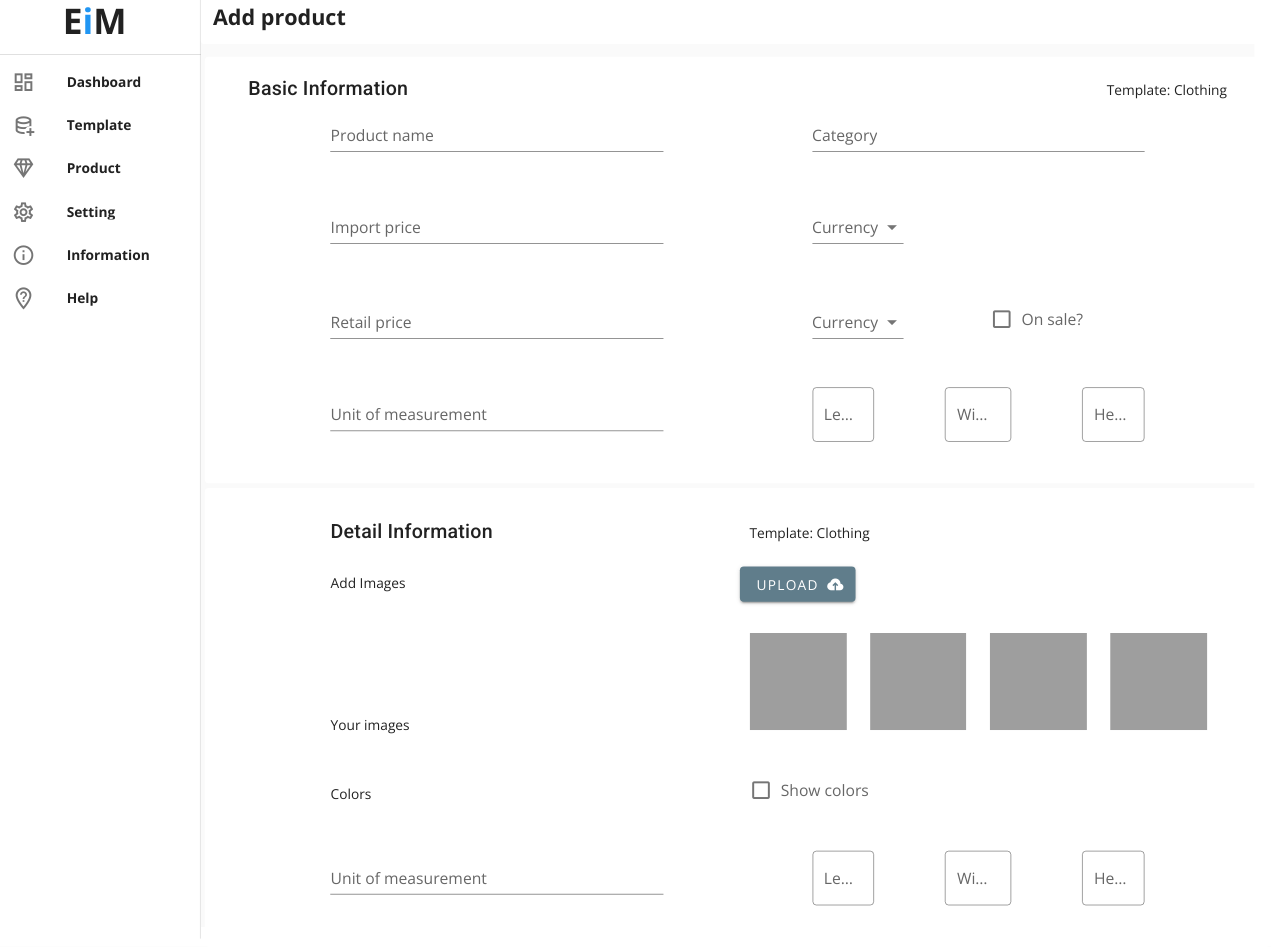
Repository: nguyenphuong152/pim-template
Page: /addproduct
These files come from the project's save history. The page is drawn as it stood at one moment and after the next save; the edit follows.
The browser window is 1280 px wide. The page is 1308 px wide, so the pictures cover 1308 px, including what lies to the right of the window. The pictures show the whole page, at 98% of full size.
Pictures or frames that could not be fetched are drawn as grey boxes. The project was rebuilt for these pictures with package versions that can differ from the ones it lists, and the page was loaded fresh each time. Also part of the build but not shown: vue.config.js, src/views/Home.vue, src/components/Outcome_1/SearchTemplate.vue, src/components/Outcome_1/YourTemplate.vue, src/components/Outcome_1/ListComponent.vue, src/components/Outcome_1/AddInfo.vue, src/components/Outcome_1/AddDetail.vue, src/components/Outcome_1/CreateRegion.vue and 5 more.

Above is the page before, as saved 2020-12-21 12:54:16.

### public/index.html
<!DOCTYPE html>
<html lang="en">
  <head>
    <meta charset="utf-8" />
    <meta http-equiv="X-UA-Compatible" content="IE=edge" />
    <meta name="viewport" content="width=device-width,initial-scale=1.0" />
    <link rel="icon" href="<%= BASE_URL %>favicon.ico" />
    <link rel="preconnect" href="https://fonts.gstatic.com" />
    <link rel="preconnect" href="https://fonts.gstatic.com" />
    <link rel="preconnect" href="https://fonts.gstatic.com" />
    <link
      href="https://fonts.googleapis.com/css2?family=Open+Sans:wght@300;400;600;700;800&display=swap"
      rel="stylesheet"
    />
    <link
      href="https://fonts.googleapis.com/css?family=Montserrat:300,400,500,600,700"
      rel="stylesheet"
    />
    <title><%= htmlWebpackPlugin.options.title %></title>
    <link
      rel="stylesheet"
      href="https://fonts.googleapis.com/css?family=Roboto:100,300,400,500,700,900"
    />
    <link
      rel="stylesheet"
      href="https://cdn.jsdelivr.net/npm/@mdi/font@latest/css/materialdesignicons.min.css"
    />
  </head>
  <body>
    <noscript>
      <strong
        >We're sorry but <%= htmlWebpackPlugin.options.title %> doesn't work
        properly without JavaScript enabled. Please enable it to
        continue.</strong
      >
    </noscript>
    <div id="app"></div>
    <!-- built files will be auto injected -->
  </body>
</html>

### src/main.js
import Vue from 'vue'
import App from './App.vue'
import router from './router'
import '../sass/style.scss'
import vuetify from './plugins/vuetify';

Vue.config.productionTip = false

new Vue({
  router,
  vuetify,
  render: h => h(App)
}).$mount('#app')

### src/App.vue
<template>
  <v-app v-bind:style="{ background: activeColor }">
    <v-row>
      <v-col cols="2" class="pa-0">
        <v-navigation-drawer permanent width="220">
          <v-list-item>
            <v-list-item-content>
              <v-list-item-title class="logo">
                E<span class="blue--text">i</span>M
              </v-list-item-title>
            </v-list-item-content>
          </v-list-item>

          <v-divider></v-divider>

          <v-list dense nav class="text-start pl-4">
            <v-list-item
              v-for="item in items"
              :key="item.title"
              :to="item.path"
              color="blue"
            >
              <v-list-item-icon>
                <v-icon>{{ item.icon }}</v-icon>
              </v-list-item-icon>
              <v-list-item-content>
                <v-list-item-title class="template-title font-weight-bold ">{{
                  item.title
                }}</v-list-item-title>
              </v-list-item-content>
            </v-list-item>
          </v-list>
        </v-navigation-drawer>
      </v-col>
      <v-col class="pa-0">
        <router-view />
      </v-col>
    </v-row>
  </v-app>
</template>

<script>
export default {
  name: "App",
  components: {},
  watch: {
    $route(to) {
      document.title = `${to.meta.title}`;
    },
  },
  data() {
    return {
      clicked: false,
      activeColor: "#FAFAFA",
      items: [
        { title: "Dashboard", icon: "mdi-view-dashboard-outline", path: "" },
        {
          title: "Template",
          icon: "mdi-database-plus-outline",
          path: "/template",
        },
        { title: "Product", icon: "mdi-diamond-stone", path: "/product" },
        { title: "Setting", icon: "mdi-cog-outline", path: "" },
        { title: "Information", icon: "mdi-information-outline", path: "" },
        { title: "Help", icon: "mdi-map-marker-question-outline", path: "" },
      ],
      right: null,
    };
  },
};
</script>

### src/router/index.js
import Vue from "vue";
import VueRouter from "vue-router";
import Home from "../views/Home.vue";
import Template from "../views/Outcome_1/CreateProductTemplate.vue";
import Product from "../views/Outcome_2/Outcome_2_screen.vue";
import AddProduct from "../views/Outcome_2/AddProduct.vue";

Vue.use(VueRouter);

const routes = [
  {
    path: "/",
    name: "Home",
    component: Home,
  },
  {
    path: "/template",
    name: "Template",
    component: Template,
    meta: {
      title: "Add Template",
    },
  },
  {
    path: "/product",
    name: "Product",
    component: Product,
    meta: {
      title: "Product",
    },
  },
  {
    path: "/addproduct",
    name: "AddProduct",
    component: AddProduct,
    meta: {
      title: "Add Product",
    },
  },
  {
    path: "/about",
    name: "About",
    // route level code-splitting
    // this generates a separate chunk (about.[hash].js) for this route
    // which is lazy-loaded when the route is visited.
    component: () =>
      import(/* webpackChunkName: "about" */ "../views/About.vue"),
  },
];

const router = new VueRouter({
  mode: "history",
  base: process.env.BASE_URL,
  routes,
});

export default router;

### sass/style.scss
$font-primary: 'Open Sans',
sans-serif;

@import "~vuetify/src/styles/styles.sass";

$fontsize-content: 14px;
$fontsize-title: 24px;
$fontsize-logo:36px;
$fontsize-header:22px;
$fontsize-nav:20px;


#app {
  font-family: $font-primary;
   font-size:$fontsize-content;
  -webkit-font-smoothing: antialiased;
  -moz-osx-font-smoothing: grayscale;
  text-align: center;
  color: #2c3e50;
}

#nav {
  padding: 30px;
}

#nav a {
  font-weight: bold;
  color: #2c3e50;
}

#nav a.router-link-exact-active {
  color: #42b983;
}

.title {
  font: $font-primary !important;
  font-size: $fontsize-nav !important;
}

.logo {
  @extend .title;
  font-weight: 700 !important;
  font-size: $fontsize-logo !important;
}

.text-header {
  font: $font-primary !important;
  font-size: $fontsize-header !important;
  font-weight: 700;
}


.template-title {
  @extend .title;
  font-size: $fontsize-content !important;
}

### src/views/Outcome_2/AddProduct.vue
<template>
  <v-container class="pa-0">
    <v-card class="" flat>
      <v-container class="text-start">
        <v-row class="align-baseline">
          <v-col cols="10">
            <span class="text-header">Add product</span>
          </v-col>
        </v-row>
      </v-container>
    </v-card>
    <br />
    <BasicInfo />
    <br />
    <DetailInfo />
  </v-container>
</template>

<script>
import BasicInfo from "../../components/Outcome_2/BasicInfo";
import DetailInfo from "../../components/Outcome_2/Detail";

export default {
  components: {
    BasicInfo,
    DetailInfo,
  },
};
</script>

### src/components/Outcome_2/BasicInfo.vue
<template>
  <v-container class="text-start ma-1 pa-0">
    <v-card flat>
      <v-row class="d-flex align-baseline px-14 pt-4">
        <span class="title ">Basic Information</span>
        <v-spacer></v-spacer>
        <span>Template: Clothing</span>
      </v-row>
      <v-container class="px-16 py-0">
        <v-row class="d-flex align-baseline pa-0">
          <v-col>
            <v-container class="py-0 px-16">
              <v-text-field
                color="blue darken-2"
                label="Product name"
                hint="Miniskirt-02"
                required
              ></v-text-field>
            </v-container>
          </v-col>
          <v-col>
            <v-container class="py-0 px-16">
              <v-text-field
                color="blue darken-2"
                label="Category"
                hint="Ex: Miniskirt"
                required
              ></v-text-field>
            </v-container>
          </v-col>
        </v-row>
        <v-row class="d-flex align-baseline">
          <v-col cols="6">
            <v-container class="py-0 px-16">
              <v-text-field
                color="blue darken-2"
                label="Import price"
                hint="180,000"
                required
              ></v-text-field>
            </v-container>
          </v-col>
          <v-col cols="3">
            <v-container class="py-0 px-16">
              <v-select :items="items" label="Currency"></v-select>
            </v-container>
          </v-col>
          <v-col> </v-col>
        </v-row>
        <v-row class="d-flex align-baseline">
          <v-col cols="6">
            <v-container class="py-0 px-16">
              <v-text-field
                color="blue darken-2"
                label="Retail price"
                hint="180,000"
                required
              ></v-text-field>
            </v-container>
          </v-col>
          <v-col cols="3">
            <v-container class="py-0 px-16">
              <v-select :items="items" label="Currency"></v-select>
            </v-container>
          </v-col>
          <v-col
            ><v-checkbox label="On sale?" color="red" hide-details></v-checkbox>
          </v-col>
        </v-row>
        <v-row class="d-flex align-baseline">
          <v-col cols="6">
            <v-container class="py-0 px-16">
              <v-text-field
                color="blue darken-2"
                label="Unit of measurement"
                hint="Ex: piece, pair,..."
                required
              ></v-text-field>
            </v-container>
          </v-col>
          <v-col>
            <v-row>
              <v-col>
                <v-container class="py-0 pl-16">
                  <v-text-field
                    label="Length"
                    placeholder="70cm"
                    outlined
                  ></v-text-field>
                </v-container>
              </v-col>
              <v-col>
                <v-container class="py-0 pr-9 pl-9">
                  <v-text-field
                    label="Width"
                    placeholder="50cm"
                    outlined
                  ></v-text-field>
                </v-container>
              </v-col>
              <v-col>
                <v-container class="py-0 pr-16">
                  <v-text-field
                    label="Height"
                    placeholder="10cm"
                    outlined
                  ></v-text-field>
                </v-container>
              </v-col>
            </v-row>
          </v-col>
        </v-row>
      </v-container>
    </v-card>
  </v-container>
</template>

<script>
export default {
  data: () => ({
    items: ["VND", "USD", "EUR"],
  }),
};
</script>

<style></style>

### src/components/Outcome_2/Detail.vue
<template>
  <v-container class="text-start ma-1 pa-0">
    <v-card flat>
      <v-row class="d-flex align-baseline px-16 pt-4">
        <v-col>
          <v-container class="px-16 py-0">
            <span class="title ">Detail Information</span>
          </v-container>
        </v-col>
        <v-col>
          <span>Template: Clothing</span>
        </v-col>
      </v-row>
      <v-container class="px-16 py-0">
        <v-row class="d-flex align-baseline pa-0">
          <v-col>
            <v-container class="py-0 px-16">
              <span>Add Images</span>
            </v-container>
          </v-col>
          <v-col cols="7">
            <v-container class="py-0 px-16  ">
              <v-btn color="blue-grey" class="ma-2 white--text">
                Upload
                <v-icon right dark>
                  mdi-cloud-upload
                </v-icon>
              </v-btn>
            </v-container>
          </v-col>
        </v-row>
        <v-row class="d-flex align-baseline">
          <v-col cols="6">
            <v-container class="py-0 px-16">
              Your images
            </v-container>
          </v-col>
          <v-col>
            <v-row>
              <v-col v-for="n in 4" :key="n" class="d-flex child-flex">
                <v-img
                  :src="`https://picsum.photos/500/300?image=${n * 3 + 10}`"
                  :lazy-src="`https://picsum.photos/10/6?image=${n * 3 + 10}`"
                  aspect-ratio="1"
                  class="grey lighten-2"
                  width="70"
                >
                  <template v-slot:placeholder>
                    <v-row
                      class="fill-height ma-0"
                      align="center"
                      justify="center"
                    >
                      <v-progress-circular
                        indeterminate
                        color="grey lighten-5"
                      ></v-progress-circular>
                    </v-row>
                  </template>
                </v-img>
              </v-col>
            </v-row>
          </v-col>
        </v-row>
        <v-row class="d-flex align-baseline">
          <v-col cols="6">
            <v-container class="py-0 px-16">
              <span>Colors</span>
            </v-container>
          </v-col>
          <v-col cols="4" v-if="checkbox">
            <v-container class="py-0">
              <v-row align="center" justify="start">
                <v-col
                  v-for="(selection, i) in selections"
                  :key="selection.text"
                  class="shrink"
                >
                  <v-chip
                    :disabled="loading"
                    close
                    @click:close="selected.splice(i, 1)"
                  >
                    <v-icon left v-text="selection.icon"></v-icon>
                    {{ selection.text }}
                  </v-chip>
                </v-col>

                <v-col v-if="!allSelected" cols="12">
                  <v-text-field
                    ref="search"
                    v-model="search"
                    full-width
                    hide-details
                    label="Search"
                    single-line
                  ></v-text-field>
                </v-col>
              </v-row>
            </v-container>
            <v-list>
              <template v-for="item in categories">
                <v-list-item
                  v-if="!selected.includes(item)"
                  :key="item.text"
                  :disabled="loading"
                  @click="selected.push(item)"
                >
                  <v-list-item-title v-text="item.text"></v-list-item-title>
                </v-list-item>
              </template>
            </v-list>
          </v-col>
          <v-col>
            <v-checkbox v-model="checkbox" label="Show colors"></v-checkbox>
          </v-col>
        </v-row>
        <v-row class="d-flex align-baseline">
          <v-col cols="6">
            <v-container class="py-0 px-16">
              <v-text-field
                color="blue darken-2"
                label="Unit of measurement"
                hint="Ex: piece, pair,..."
                required
              ></v-text-field>
            </v-container>
          </v-col>
          <v-col>
            <v-row>
              <v-col>
                <v-container class="py-0 pl-16">
                  <v-text-field
                    label="Length"
                    placeholder="70cm"
                    outlined
                  ></v-text-field>
                </v-container>
              </v-col>
              <v-col>
                <v-container class="py-0 pr-9 pl-9">
                  <v-text-field
                    label="Width"
                    placeholder="50cm"
                    outlined
                  ></v-text-field>
                </v-container>
              </v-col>
              <v-col>
                <v-container class="py-0 pr-16">
                  <v-text-field
                    label="Height"
                    placeholder="10cm"
                    outlined
                  ></v-text-field>
                </v-container>
              </v-col>
            </v-row>
          </v-col>
        </v-row>
      </v-container>
    </v-card>
  </v-container>
</template>

<script>
export default {
  data: () => ({
    checkbox: false,
    items: [
      {
        text: "Red",
      },
      {
        text: "Green",
      },
      {
        text: "Blue",
      },
      {
        text: "Yellow",
      },
    ],
    loading: false,
    search: "",
    selected: [],
  }),
  computed: {
    allSelected() {
      return this.selected.length === this.items.length;
    },
    categories() {
      const search = this.search.toLowerCase();

      if (!search) return this.items;

      return this.items.filter((item) => {
        const text = item.text.toLowerCase();

        return text.indexOf(search) > -1;
      });
    },
    selections() {
      const selections = [];

      for (const selection of this.selected) {
        selections.push(selection);
      }

      return selections;
    },
  },
  watch: {
    selected() {
      this.search = "";
    },
  },
};
</script>

<style></style>

Loaded but not shown: src/plugins/vuetify.js (common file)

After the next save:
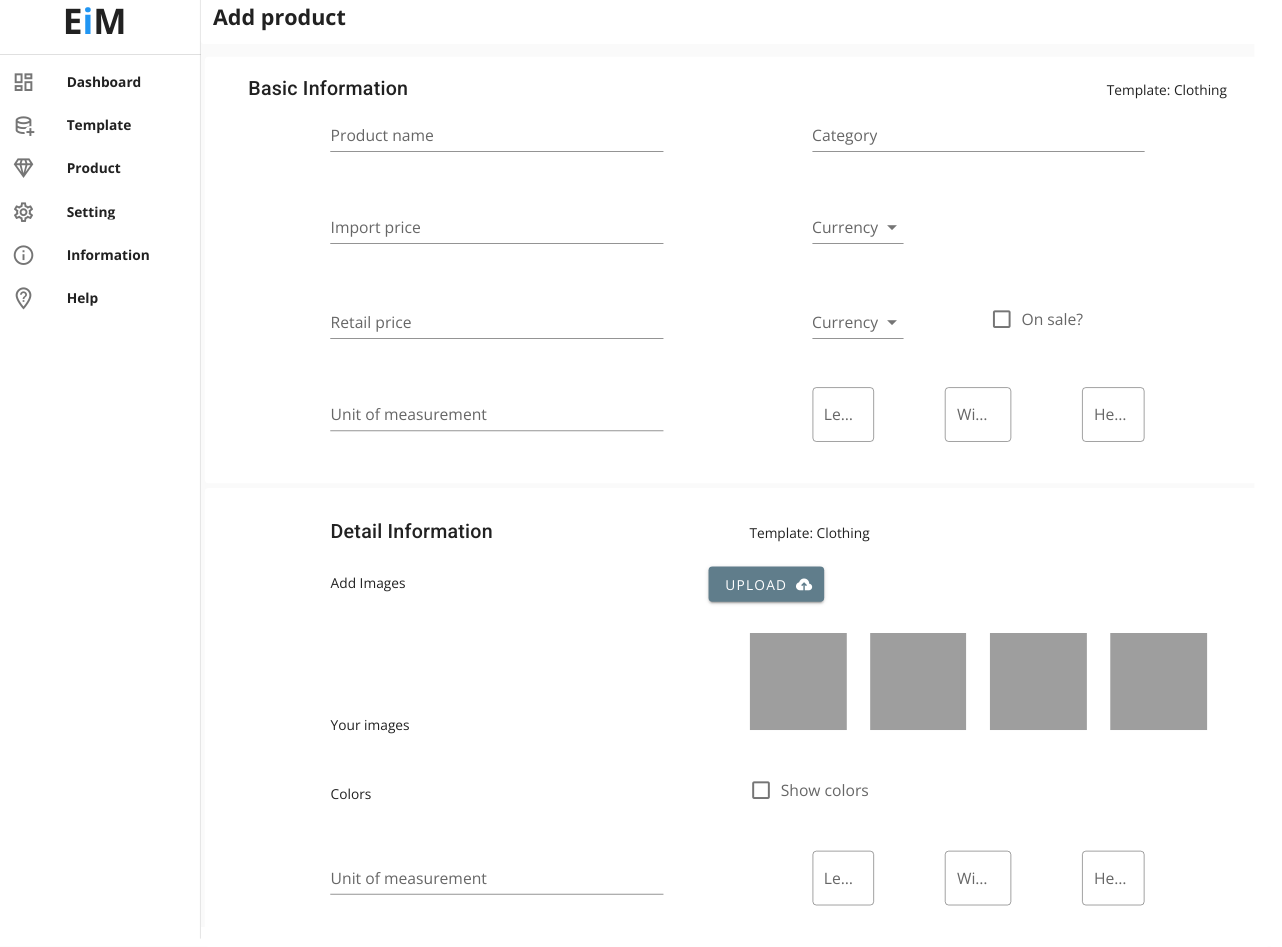
Saved 10 s later.
--- a/src/components/Outcome_2/Detail.vue
+++ b/src/components/Outcome_2/Detail.vue
@@ -19,7 +19,7 @@
             </v-container>
           </v-col>
           <v-col cols="7">
-            <v-container class="py-0 px-16  ">
+            <v-container class="py-0 px-16 pl-8  ">
               <v-btn color="blue-grey" class="ma-2 white--text">
                 Upload
                 <v-icon right dark>

After the save that followed:
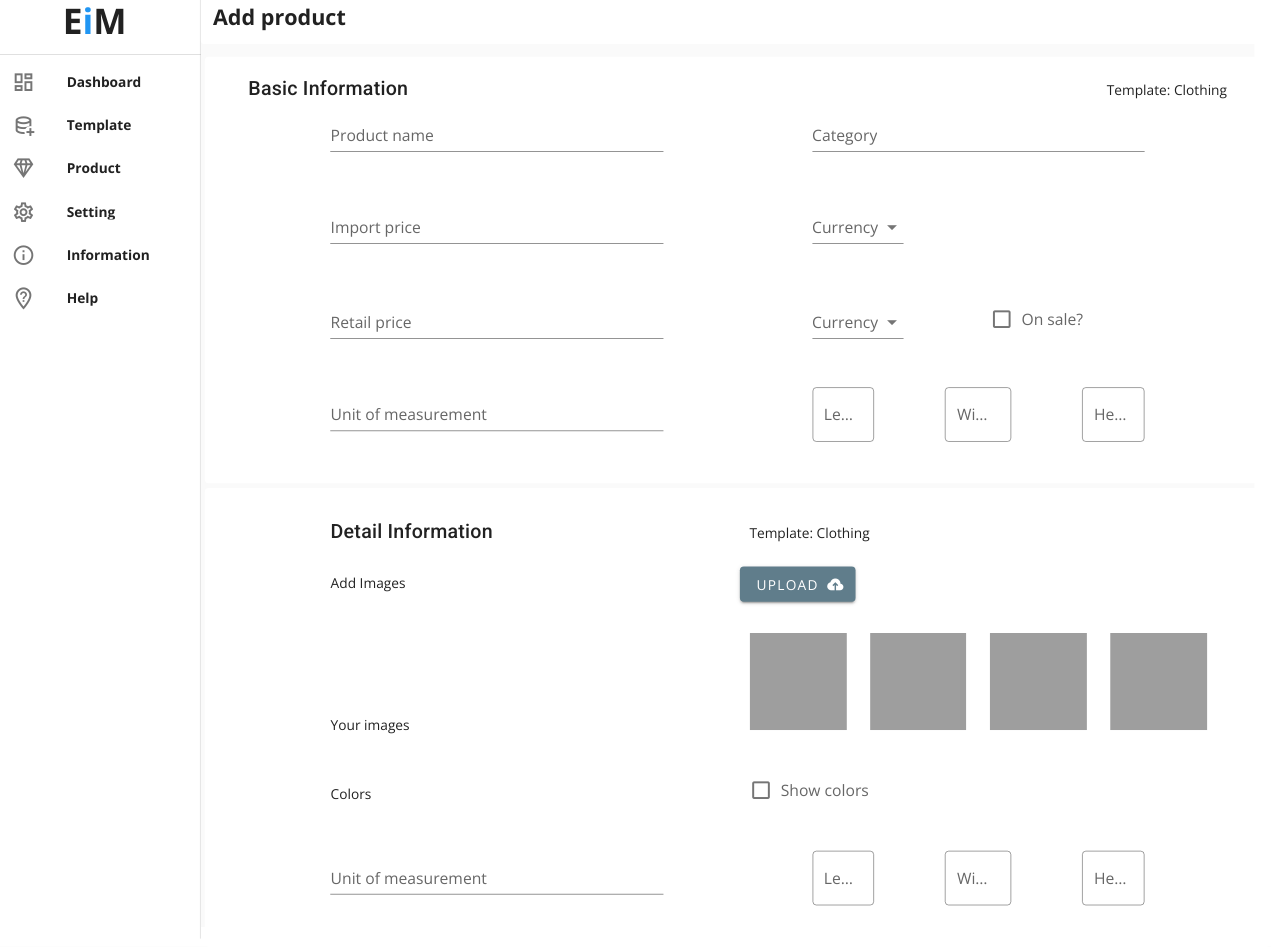
Saved 4 s later.
--- a/src/components/Outcome_2/Detail.vue
+++ b/src/components/Outcome_2/Detail.vue
@@ -19,7 +19,7 @@
             </v-container>
           </v-col>
           <v-col cols="7">
-            <v-container class="py-0 px-16 pl-8  ">
+            <v-container class="py-0 px-16 pl-16  ">
               <v-btn color="blue-grey" class="ma-2 white--text">
                 Upload
                 <v-icon right dark>
